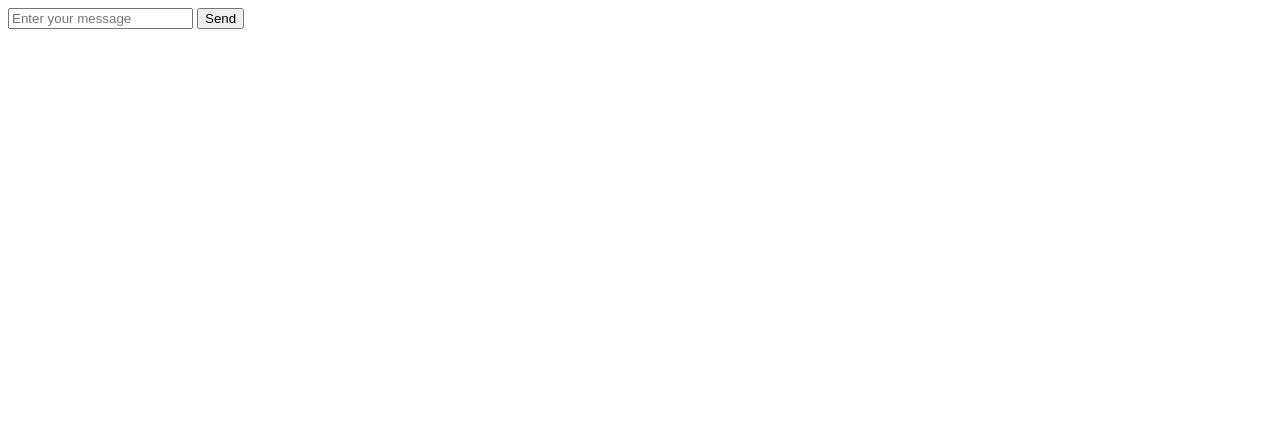
Repository: ulrichhamaani237/websocket-app
Page: socket.io/index.html
The author's editor kept a copy of each file at every save. The page is drawn from the files as they stood at one save, then again after the next save.
The browser window is 1280 px wide. The pictures show the whole page.
The page's requests for data from a server got no answer.

Above is the page before, as saved 2025-02-06 14:58:16.

After the next save:
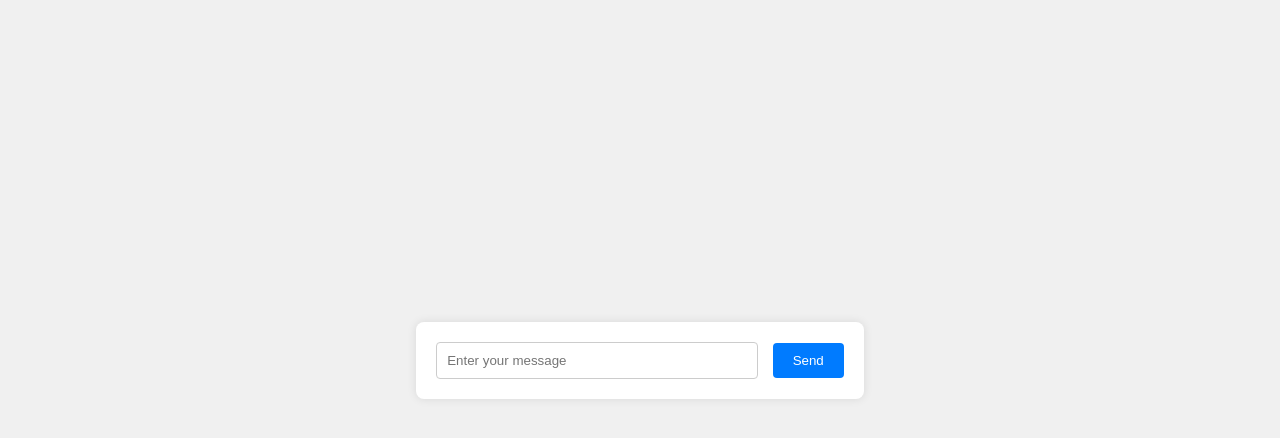
Saved 117 s later.
--- a/socket.io/index.html
+++ b/socket.io/index.html
@@ -4,6 +4,52 @@
     <meta charset="UTF-8">
     <meta name="viewport" content="width=device-width, initial-scale=1.0">
     <title>socket.io app</title>
+    <style>
+        body {
+            font-family: Arial, sans-serif;
+            display: flex;
+            justify-content: center;
+            align-items: center;
+            height: 100vh;
+            background-color: #f0f0f0;
+            margin: 0;
+        }
+        form {
+            background: #fff;
+            padding: 20px;
+            border-radius: 8px;
+            box-shadow: 0 0 10px rgba(0, 0, 0, 0.1);
+        }
+        input[type="text"] {
+            width: 300px;
+            padding: 10px;
+            margin-right: 10px;
+            border: 1px solid #ccc;
+            border-radius: 4px;
+        }
+        button {
+            padding: 10px 20px;
+            background-color: #007BFF;
+            color: #fff;
+            border: none;
+            border-radius: 4px;
+            cursor: pointer;
+        }
+        button:hover {
+            background-color: #0056b3;
+        }
+        ul {
+            list-style-type: none;
+            padding: 0;
+        }
+        li {
+            background: #fff;
+            margin: 5px 0;
+            padding: 10px;
+            border-radius: 4px;
+            box-shadow: 0 0 5px rgba(0, 0, 0, 0.1);
+        }
+    </style>
 </head>
 <body>
 <form id="form">
@@ -18,5 +64,5 @@
 </div>
 </body>
 <script src="https://cdnjs.cloudflare.com/ajax/libs/socket.io/4.8.1/socket.io.min.js" integrity="sha512-8ExARjWWkIllMlNzVg7JKq9RKWPlJABQUNq6YvAjE/HobctjH/NA+bSiDMDvouBVjp4Wwnf1VP1OEv7Zgjtuxw==" crossorigin="anonymous" referrerpolicy="no-referrer"></script>
-<scrip src="script.js" ></script>
+<script src="script.js"></script>
 </html>
